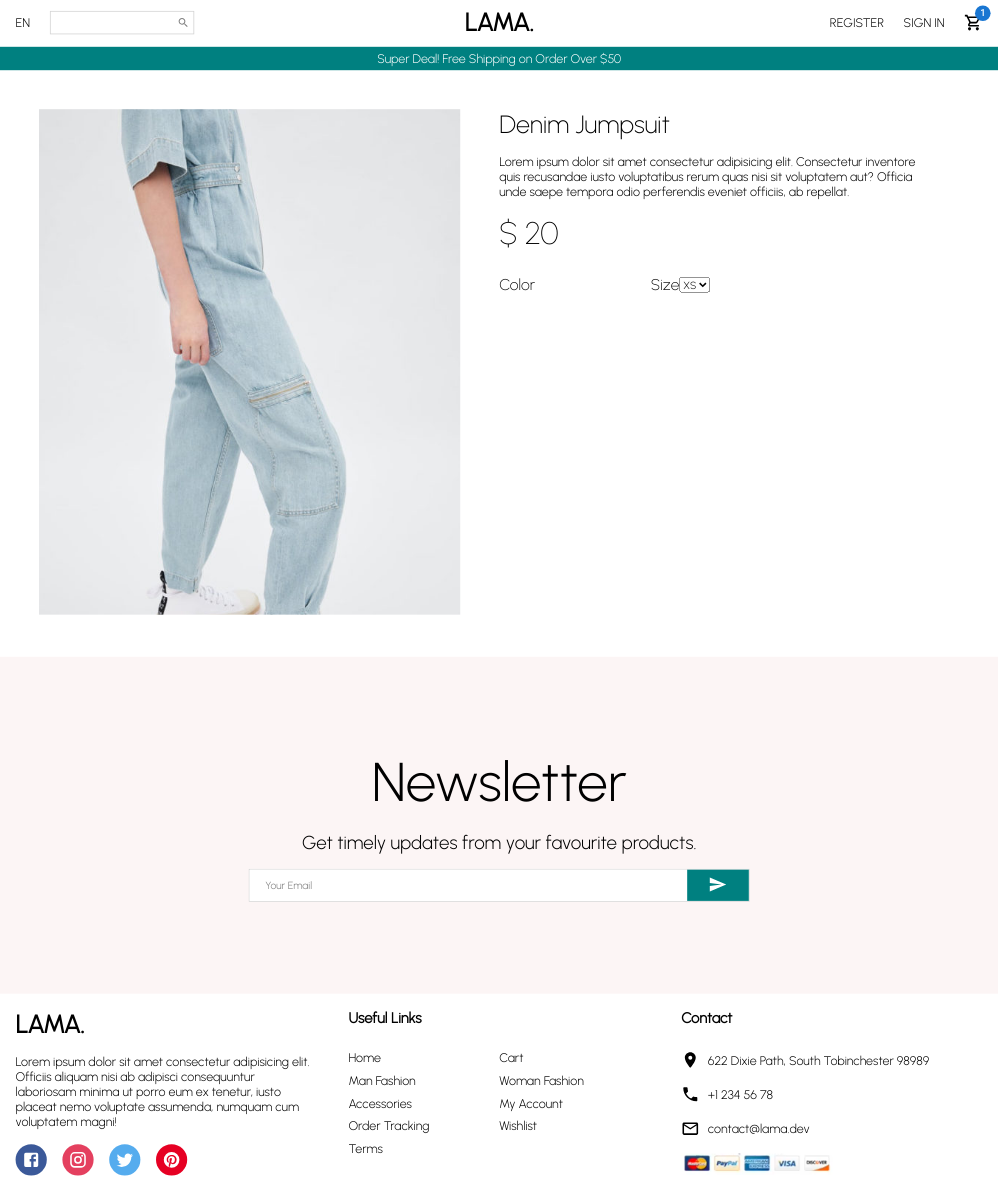
Repository: kmvaghela/ECOMMERCE
Page: /
The author's editor kept a copy of each file at every save. The page is drawn from the files as they stood at one save, then again after the next save.
The browser window is 1280 px wide. The pictures show the whole page, at 78% of full size.
The project was rebuilt for these pictures with package versions that can differ from the ones it lists, and the page was loaded fresh each time. Also part of the build but not shown: src/data.js, src/components/CategoryItem.jsx, src/components/Categories.jsx, src/components/Product.jsx, src/components/Products.jsx, src/components/Slider.jsx, src/pages/Home.jsx, src/pages/ProductList.jsx.

Above is the page before, as saved 2022-02-23 22:30:33.

### public/index.html
<!DOCTYPE html>
<html lang="en">

<head>
  <meta charset="utf-8" />
  <meta name="viewport" content="width=device-width, initial-scale=1" />
  <meta name="description" content="Web site created using create-react-app" />
  <link href="https://fonts.googleapis.com/css2?family=Urbanist:wght@100;200;300&display=swap" rel="stylesheet">
  <style>
    * {
      margin: 0;
      font-family: 'Urbanist', sans-serif;
    }
  </style>
  <title>React App</title>
</head>

<body>
  <noscript>You need to enable JavaScript to run this app.</noscript>
  <div id="root"></div>
</body>

</html>

### src/App.jsx
import Home from "./pages/Home";
import Product from "./pages/Product";
import ProductList from "./pages/ProductList";

const App = () => {
  return (
    // <Home />
    // <ProductList />
    <Product />
  );
};

export default App;

### src/pages/Product.jsx
import React from "react";
import styled from "styled-components";
import Navbar from "../components/Navbar";
import Announcement from "../components/Announcement";
import Newsletter from "../components/Newsletter";
import Footer from "../components/Footer";
import ProductImg from "../assets/123.jpg";
const Container = styled.div``;

const Wrapper = styled.div`
  padding: 50px;
  display: flex;
`;

const ImageContainer = styled.div`
  flex: 1;
`;

const Image = styled.img`
  width: 100%;
  height: 90vh;
  object-fit: cover;
`;

const InfoContainer = styled.div`
  flex: 1;
  padding: 0px 50px;
`;

const Title = styled.h1`
  font-weight: 200;
`;

const Description = styled.p`
  margin: 20px 0px;
`;

const Price = styled.span`
  font-size: 40px;
  font-weight: 100;
`;

const FilterContainer = styled.div`
  display: flex;
  justify-content: space-between;
  width: 50%;
  margin: 30px 0px;
`;

const Filter = styled.div`
  display: flex;
  align-items: center;
`;

const FilterTitle = styled.span`
  font-size: 20px;
  font-weight: 200;
`;

const FilterColor = styled.div``;

const FilterSize = styled.select``;

const FilterSizeOption = styled.option``;

const Product = () => {
  return (
    <Container>
      <Navbar />
      <Announcement />
      <Wrapper>
        <ImageContainer>
          <Image src={ProductImg} alt="not found" />
        </ImageContainer>
        <InfoContainer>
          <Title>Denim Jumpsuit</Title>
          <Description>
            Lorem ipsum dolor sit amet consectetur adipisicing elit. Consectetur
            inventore quis recusandae iusto voluptatibus rerum quas nisi sit
            voluptatem aut? Officia unde saepe tempora odio perferendis eveniet
            officiis, ab repellat.
          </Description>
          <Price>$ 20</Price>
          <FilterContainer>
            <Filter>
              <FilterTitle>Color</FilterTitle>
              <FilterColor color="black" />
              <FilterColor color="darkblue" />
              <FilterColor color="gray" />
            </Filter>
            <Filter>
              <FilterTitle>Size</FilterTitle>
              <FilterSize>
                <FilterSizeOption>XS</FilterSizeOption>
                <FilterSizeOption>S</FilterSizeOption>
                <FilterSizeOption>M</FilterSizeOption>
                <FilterSizeOption>L</FilterSizeOption>
                <FilterSizeOption>XL</FilterSizeOption>
              </FilterSize>
            </Filter>
          </FilterContainer>
        </InfoContainer>
      </Wrapper>
      <Newsletter />
      <Footer />
    </Container>
  );
};

export default Product;

### src/components/Announcement.jsx
import styled from "styled-components";

const Container = styled.div`
  height: 30px;
  background-color: teal;
  color: white;
  display: flex;
  align-items: center;
  justify-content: center;
  font-size: 14;
  font-weight: 500;
`;

const Announcement = () => {
  return (
    <Container>
      Super Deal! Free Shipping on Order Over $50
    </Container>
  );
};

export default Announcement;

### src/components/Navbar.jsx
import React from "react";
import styled from "styled-components";
import SearchOutlinedIcon from "@mui/icons-material/SearchOutlined";
import ShoppingCartOutlinedIcon from "@mui/icons-material/ShoppingCartOutlined";
import Badge from "@mui/material/Badge";

const Container = styled.div`
  height: 60px;
`;
const Wrapper = styled.div`
  padding: 10px 20px;
  display: flex;
  align-items: center;
  justify-content: space-between;
`;
const Left = styled.div`
  flex: 1;
  display: flex;
  align-items: center;
`;
const Language = styled.span`
  font-size: 14;
  cursor: pointer;
`;
const SearchContainer = styled.div`
  border: 0.5px solid lightgray;
  display: flex;
  align-items: center;
  margin-left: 25px;
  padding: 5px;
`;
const Input = styled.input`
  border: none;
`;

const Center = styled.div`
  flex: 2;
`;
const Logo = styled.h1`
  font-weight: bold;
  text-align: center;
`;

const Right = styled.div`
  flex: 1;
  display: flex;
  align-items: center;
  justify-content: flex-end;
`;
const MenuItem = styled.div`
  font-size: 14;
  cursor: pointer;
  margin-left: 25px;
`;

const Navbar = () => {
  return (
    <Container>
      <Wrapper>
        <Left>
          <Language>EN</Language>
          <SearchContainer>
            <Input />
            <SearchOutlinedIcon style={{color:"gray",fontSize:16}}/>
          </SearchContainer>
        </Left>
        <Center>
          <Logo>LAMA.</Logo>
        </Center>
        <Right>
          <MenuItem>REGISTER</MenuItem>
          <MenuItem>SIGN IN</MenuItem>
          <MenuItem>
            <Badge badgeContent={1} color="primary">
              <ShoppingCartOutlinedIcon />
            </Badge>
          </MenuItem>
        </Right>
      </Wrapper>
    </Container>
  );
};
export default Navbar;

### src/components/Newsletter.jsx
import React from "react";
import styled from "styled-components";
import SendIcon from "@mui/icons-material/Send";

const Container = styled.div`
  height: 60vh;
  background-color: #fcf5f5;
  display: flex;
  align-items: center;
  justify-content: center;
  flex-direction: column;
`;

const Title = styled.h1`
  font-size: 70px;
  margin-bottom: 20px;
  font-weight: 300;
`;

const Description = styled.div`
  font-size: 24px;
  margin-bottom: 20px;
`;

const InputContainer = styled.div`
  width: 50%;
  height: 40px;
  background-color: white;
  display: flex;
  justify-content: space-between;
  border: 1px solid lightgray;
`;

const Input = styled.input`
  border: none;
  flex: 8;
  padding-left: 20px;
`;

const Button = styled.button`
  flex: 1;
  border: none;
  background-color: teal;
  color: white;
`;

const Newsletter = () => {
  return (
    <Container>
      <Title>Newsletter</Title>
      <Description>
        Get timely updates from your favourite products.
      </Description>
      <InputContainer>
        <Input placeholder="Your Email" />
        <Button>
          <SendIcon />
        </Button>
      </InputContainer>
    </Container>
  );
};

export default Newsletter;

### src/components/Footer.jsx
import React from "react";
import styled from "styled-components";
import FacebookIcon from "@mui/icons-material/Facebook";
import InstagramIcon from "@mui/icons-material/Instagram";
import TwitterIcon from "@mui/icons-material/Twitter";
import PinterestIcon from "@mui/icons-material/Pinterest";
import RoomIcon from "@mui/icons-material/Room";
import PhoneIcon from "@mui/icons-material/Phone";
import MailOutlineIcon from "@mui/icons-material/MailOutline";
import PaymentImage from "../assets/payment.PNG";
const Container = styled.div`
  display: flex;
`;

const Left = styled.div`
  flex: 1;
  display: flex;
  flex-direction: column;
  padding: 20px;
`;
const Center = styled.div`
  flex: 1;
  padding: 20px;
`;
const Right = styled.div`
  flex: 1;
  padding: 20px;
`;

const Logo = styled.h1``;

const Description = styled.p`
  margin: 20px 0px;
`;

const SocialContainer = styled.div`
  display: flex;
`;

const SocialIcon = styled.div`
  height: 40px;
  width: 40px;
  border-radius: 50%;
  color: white;
  background-color: ${(props) => props.color};
  display: flex;
  align-items: center;
  justify-content: center;
  margin-right: 20px;
`;

const Title = styled.h3`
  margin-bottom: 30px;
`;

const List = styled.ul`
  margin: 0;
  padding: 0;
  list-style: none;
  display: flex;
  flex-wrap: wrap;
`;

const ListItem = styled.li`
  width: 50%;
  margin-bottom: 10px;
`;

const ContactItem = styled.div`
  margin-bottom: 20px;
  display: flex;
  align-items: center;
`;

const Payment = styled.img`
  width: 50%;
`;

const Footer = () => {
  return (
    <Container>
      <Left>
        <Logo>LAMA.</Logo>
        <Description>
          Lorem ipsum dolor sit amet consectetur adipisicing elit. Officiis
          aliquam nisi ab adipisci consequuntur laboriosam minima ut porro eum
          ex tenetur, iusto placeat nemo voluptate assumenda, numquam cum
          voluptatem magni!
        </Description>
        <SocialContainer>
          <SocialIcon color="#3B5999">
            <FacebookIcon />
          </SocialIcon>
          <SocialIcon color="#E4405F">
            <InstagramIcon />
          </SocialIcon>
          <SocialIcon color="#55ACEE">
            <TwitterIcon />
          </SocialIcon>
          <SocialIcon color="#E60023">
            <PinterestIcon />
          </SocialIcon>
        </SocialContainer>
      </Left>

      <Center>
        <Title>Useful Links</Title>
        <List>
          <ListItem>Home</ListItem>
          <ListItem>Cart</ListItem>
          <ListItem>Man Fashion</ListItem>
          <ListItem>Woman Fashion</ListItem>
          <ListItem>Accessories</ListItem>
          <ListItem>My Account</ListItem>
          <ListItem>Order Tracking</ListItem>
          <ListItem>Wishlist</ListItem>
          <ListItem>Terms</ListItem>
        </List>
      </Center>

      <Right>
        <Title>Contact</Title>
        <ContactItem>
          <RoomIcon style={{ marginRight: "10px" }} />
          622 Dixie Path, South Tobinchester 98989
        </ContactItem>
        <ContactItem>
          <PhoneIcon style={{ marginRight: "10px" }} />
          +1 234 56 78
        </ContactItem>
        <ContactItem>
          <MailOutlineIcon style={{ marginRight: "10px" }} />
          contact@lama.dev
        </ContactItem>
        <Payment src={PaymentImage} alt="not found" />
      </Right>
    </Container>
  );
};

export default Footer;

Loaded but not shown: src/index.js (common file)

After the next save:
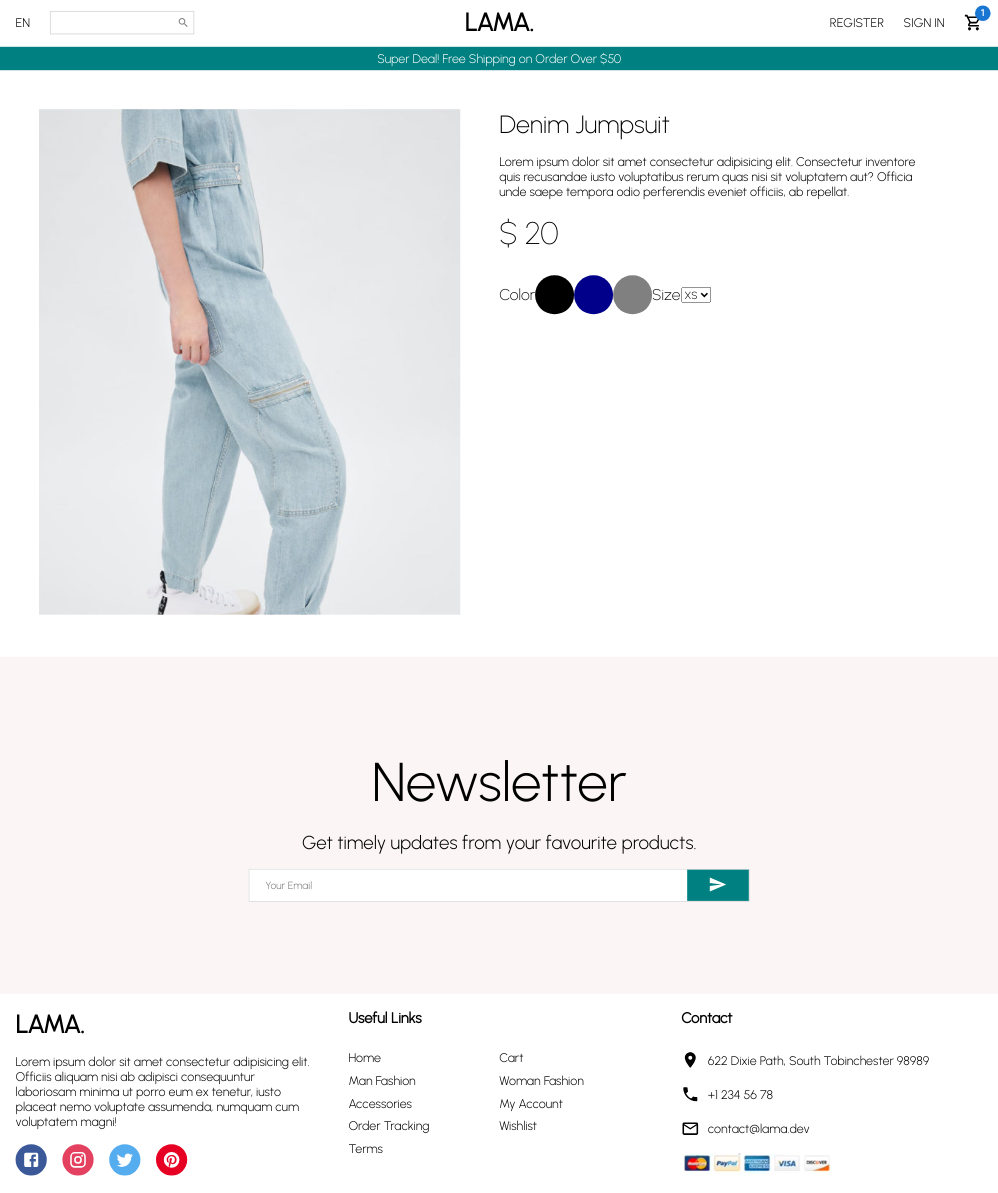
Saved 103 s later.
--- a/src/pages/Product.jsx
+++ b/src/pages/Product.jsx
@@ -57,7 +57,12 @@
   font-weight: 200;
 `;
 
-const FilterColor = styled.div``;
+const FilterColor = styled.div`
+  height: 50px;
+  width: 50px;
+  border-radius: 50%;
+  background-color: ${(props) => props.color};
+`;
 
 const FilterSize = styled.select``;
 
